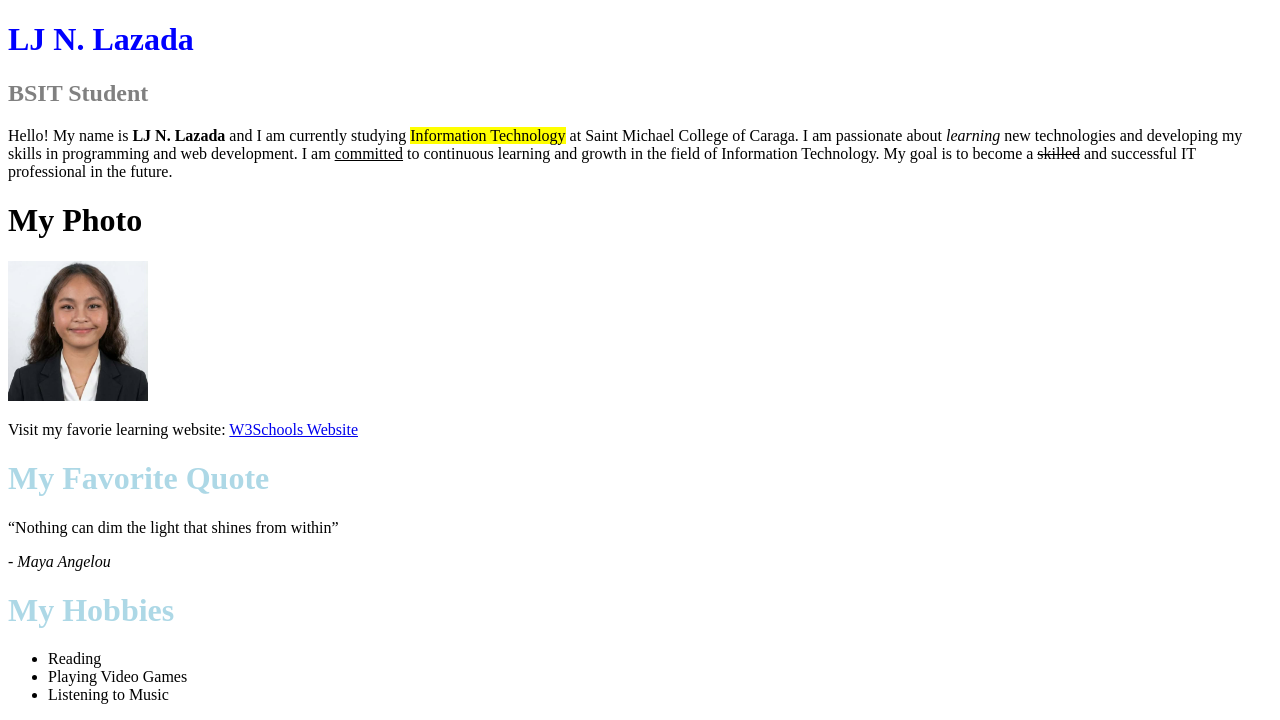
Repository: ljlazada11/myfirsthtml
Page: index.html
The author's editor kept a copy of each file at every save. The page is drawn from the files as they stood at one save, then again after the next save.
The browser window is 1280 px wide. The pictures show the whole page.

Above is the page before, as saved 2026-06-24 19:55:47.

### index.html
<!DOCTYPE html>
<html lang="en">
<head>
    <meta charset="UTF-8">
    <meta name="viewport" content="width=device-width, initial-scale=1.0">
    <title>My Personal Web Profile</title>
    <link rel="icon" type="image/x-icon" href="images.png">

</head>
<body>
    <h1 style="color:blue;">LJ N. Lazada</h1>
    <h2 style="color:gray;">BSIT Student</h2>
    <p>Hello! My name is <strong>LJ N. Lazada</strong> and I am currently studying <mark>Information Technology</mark> at Saint Michael College of Caraga. I am passionate about <i>learning</i> new technologies and developing my skills in programming and web development. I am <ins>committed</ins> to continuous learning and growth in the field of Information Technology. My goal is to become a <del>skilled</del> and successful IT professional in the future.</p>
</body>
    <h1 style="color:yello;">My Photo</h1>
    <img src="pic.jpg" alt="My	Profile	Picture" width="140" height="140">
    <p> Visit my favorie learning website: <a href="https://www.w3schools.com/html/default.asp" target="_blank">W3Schools	Website</a></p>

<body>
    <h1 style="color:lightblue;">My Favorite Quote</h1>
    <p><q>Nothing can dim the light that shines from within</q></p>
    <p><cite>- Maya Angelou</cite></p>
</body>
<body>
    <h1 style="color:lightblue;">My Hobbies</h1>
    <ul>
        <li>Reading</li>
        <li>Playing Video Games</li>
        <li>Listening to Music</li>
    </ul>
</body>


</html>

After the next save:
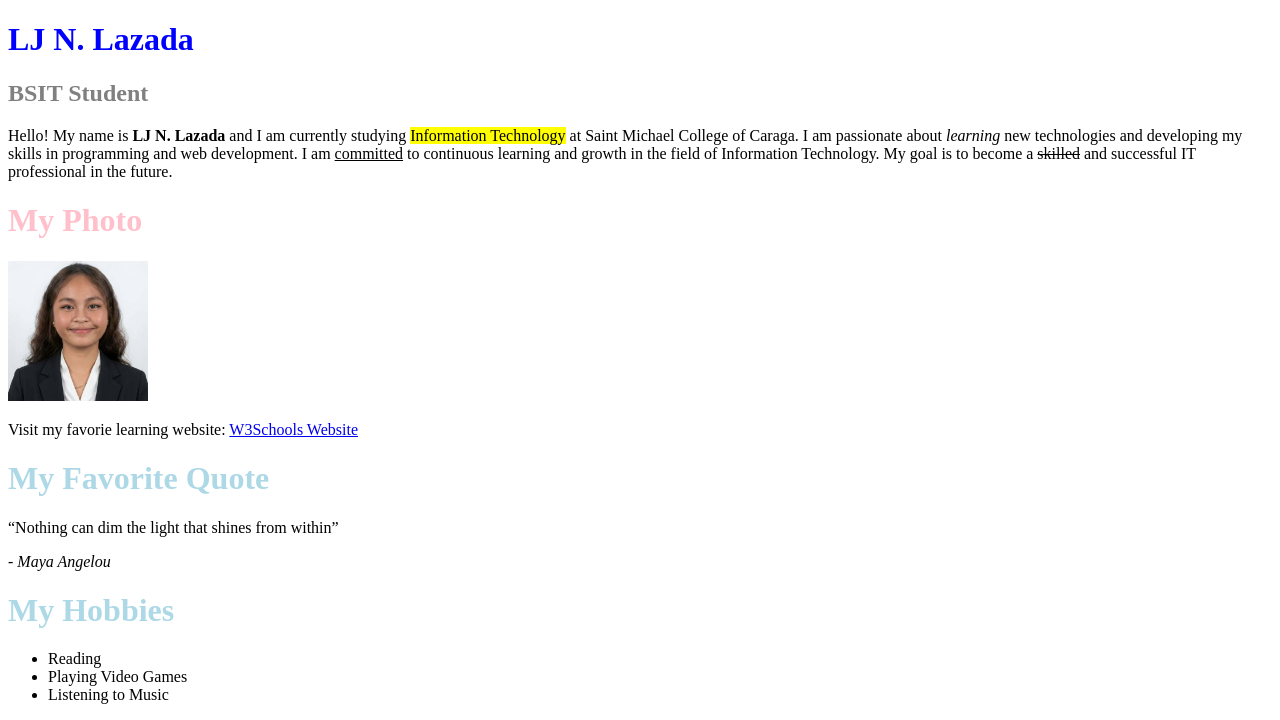
Saved 26 s later.
--- a/index.html
+++ b/index.html
@@ -12,7 +12,7 @@
     <h2 style="color:gray;">BSIT Student</h2>
     <p>Hello! My name is <strong>LJ N. Lazada</strong> and I am currently studying <mark>Information Technology</mark> at Saint Michael College of Caraga. I am passionate about <i>learning</i> new technologies and developing my skills in programming and web development. I am <ins>committed</ins> to continuous learning and growth in the field of Information Technology. My goal is to become a <del>skilled</del> and successful IT professional in the future.</p>
 </body>
-    <h1 style="color:yello;">My Photo</h1>
+    <h1 style="color:pink;">My Photo</h1>
     <img src="pic.jpg" alt="My	Profile	Picture" width="140" height="140">
     <p> Visit my favorie learning website: <a href="https://www.w3schools.com/html/default.asp" target="_blank">W3Schools	Website</a></p>
 
